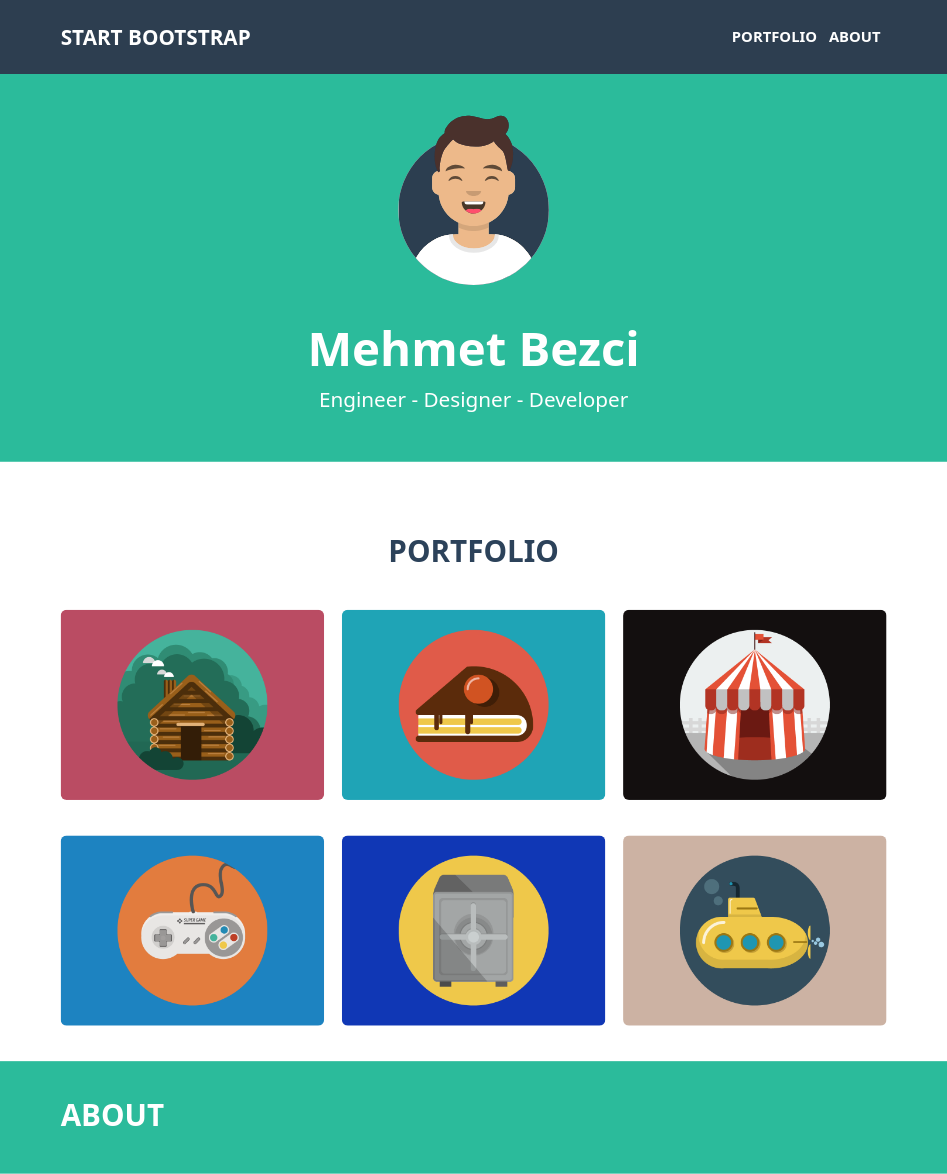
Repository: 7JaxeN7/WT-1255P-Mehmet_BEZC-
Page: index.html
These files come from the project's save history. The page is drawn as it stood at one moment and after the next save; the edit follows.
The browser window is 1280 px wide. The pictures show the whole page, at 74% of full size.

Above is the page before, as saved 2025-01-06 21:52:31.

After the next save:
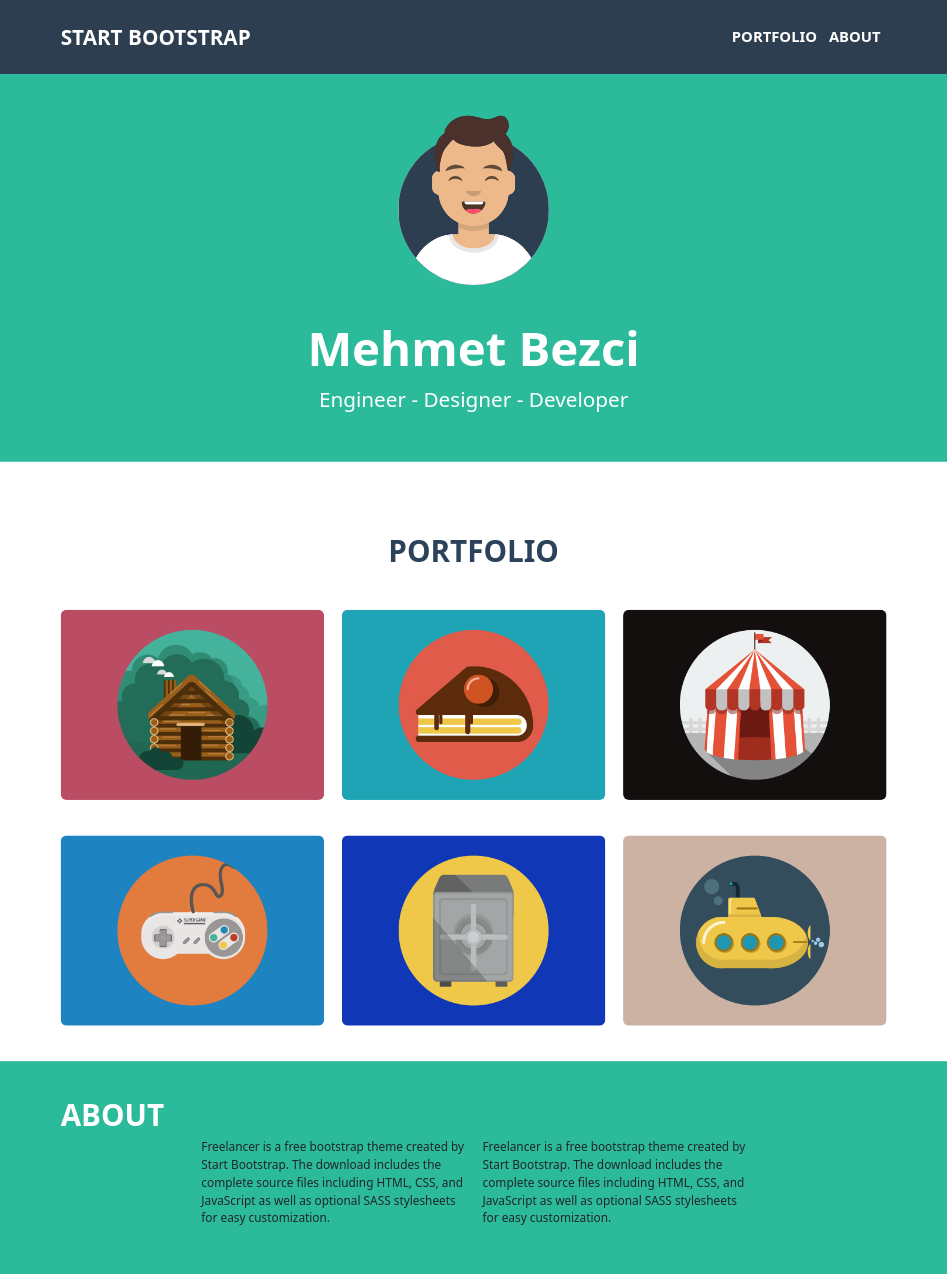
Saved 4 min 1 s later.
--- a/index.html
+++ b/index.html
@@ -34,45 +34,59 @@
     </nav>
   </header>
   <!-- Herosection -->
-   <div class="herosection-bg pt-5 pb-5">
+  <div class="herosection-bg pt-5 pb-5">
     <div class="container text-center">
-      <img src="/assets/img/avataaars.svg" width="20%"/>
-    <h1 class="mt-5 text-white fw-bolder display-3">Mehmet Bezci</h1>
-    <p class="text-white fs-3">Engineer - Designer - Developer</p>
+      <img src="/assets/img/avataaars.svg" width="20%" />
+      <h1 class="mt-5 text-white fw-bolder display-3">Mehmet Bezci</h1>
+      <p class="text-white fs-3">Engineer - Designer - Developer</p>
     </div>
-   </div>
-   <!-- Portfolio -->
-    <div class="portfolio-section">
-      <h2 class="text-center mt-5 pt-5 pb-5 fs-1 fw-semibold portfolio-tittle">PORTFOLIO</h2>
-      <div class="container">
-        <div class="row">
-          <div class="col-12 col-md-6 col-lg-4 mb-5">
-            <img src="/assets/img/cabin.png" class="img-fluid rounded-3">
-          </div>
-          <div class="col-12 col-md-6 col-lg-4 mb-5">
-            <img src="/assets/img/cake.png" class="img-fluid rounded-3">
-          </div>
-          <div class="col-12 col-md-6 col-lg-4 mb-5">
-            <img src="/assets/img/circus.png" class="img-fluid rounded-3">
-          </div>
-          <div class="col-12 col-md-6 col-lg-4 mb-5">
-            <img src="/assets/img/game.png" class="img-fluid rounded-3">
-          </div>
-          <div class="col-12 col-md-6 col-lg-4 mb-5">
-            <img src="/assets/img/safe.png" class="img-fluid rounded-3">
-          </div>
-          <div class="col-12 col-md-6 col-lg-4 mb-5">
-            <img src="/assets/img/submarine.png" class="img-fluid rounded-3">
-          </div>
+  </div>
+  <!-- Portfolio -->
+  <div class="portfolio-section">
+    <h2 class="text-center mt-5 pt-5 pb-5 fs-1 fw-semibold portfolio-tittle">PORTFOLIO</h2>
+    <div class="container">
+      <div class="row">
+        <div class="col-12 col-md-6 col-lg-4 mb-5">
+          <img src="/assets/img/cabin.png" class="img-fluid rounded-3">
+        </div>
+        <div class="col-12 col-md-6 col-lg-4 mb-5">
+          <img src="/assets/img/cake.png" class="img-fluid rounded-3">
+        </div>
+        <div class="col-12 col-md-6 col-lg-4 mb-5">
+          <img src="/assets/img/circus.png" class="img-fluid rounded-3">
+        </div>
+        <div class="col-12 col-md-6 col-lg-4 mb-5">
+          <img src="/assets/img/game.png" class="img-fluid rounded-3">
+        </div>
+        <div class="col-12 col-md-6 col-lg-4 mb-5">
+          <img src="/assets/img/safe.png" class="img-fluid rounded-3">
+        </div>
+        <div class="col-12 col-md-6 col-lg-4 mb-5">
+          <img src="/assets/img/submarine.png" class="img-fluid rounded-3">
         </div>
       </div>
     </div>
-    <!-- About -->
-     <div class="about-section">
-      <div class="container pt-5 pb-5">
-        <h2 class="about-tittle fs-1 fw-semibold"> ABOUT</h2>
+  </div>
+  <!-- About -->
+  <div class="about-section">
+    <div class="container pt-5 pb-5">
+      <h2 class="about-tittle fs-1 fw-semibold"> ABOUT</h2>
+      <div class="row justify-content-center">
+        <div class="col-lg-4">
+          <p>
+            Freelancer is a free bootstrap theme created by Start Bootstrap. The download includes the complete source
+            files including HTML, CSS, and JavaScript as well as optional SASS stylesheets for easy customization.
+          </p>
+        </div>
+        <div class="col-lg-4">
+          <p>
+            Freelancer is a free bootstrap theme created by Start Bootstrap. The download includes the complete source
+            files including HTML, CSS, and JavaScript as well as optional SASS stylesheets for easy customization.
+          </p>
+        </div>
       </div>
-     </div>
+    </div>
+  </div>
   <!-- Burası bootstrap script kısmı -->
   <script src="https://cdn.jsdelivr.net/npm/bootstrap@5.3.3/dist/js/bootstrap.bundle.min.js"
     integrity="sha384-YvpcrYf0tY3lHB60NNkmXc5s9fDVZLESaAA55NDzOxhy9GkcIdslK1eN7N6jIeHz"
